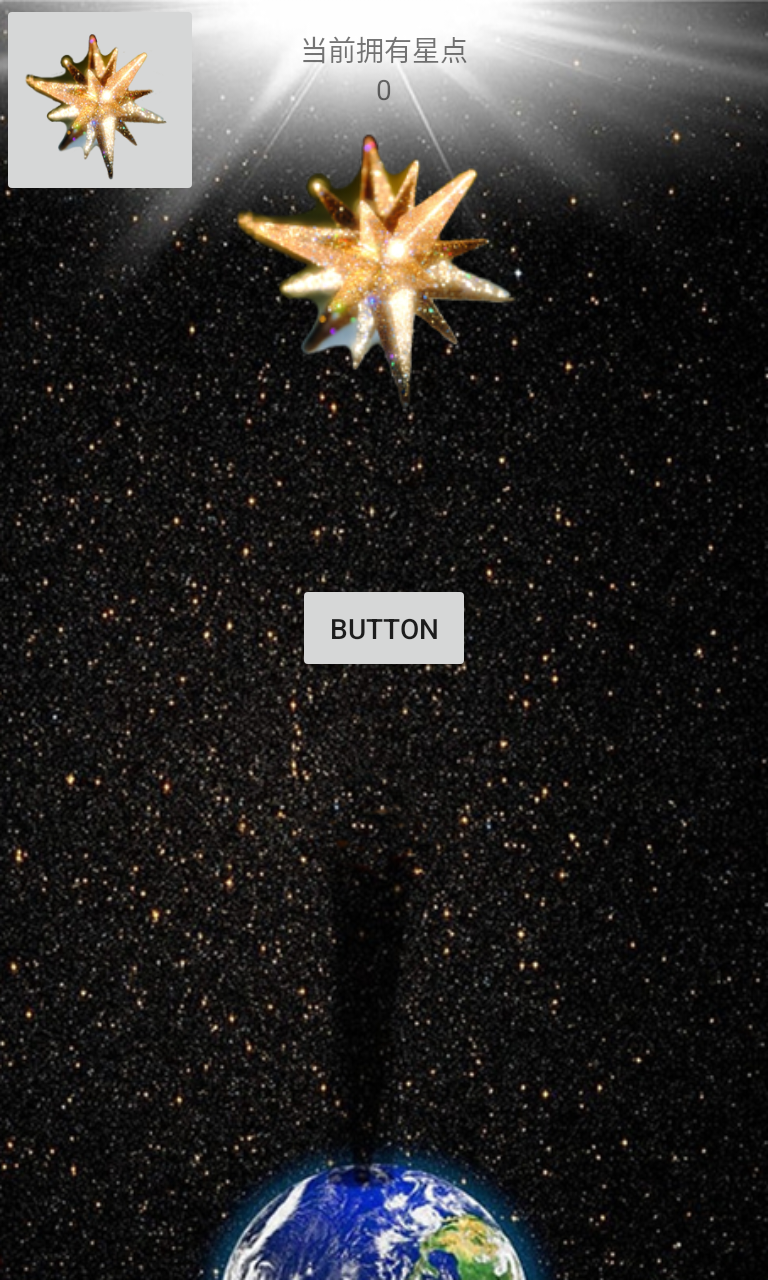
Repository: xianyun2014/StarPoint
Layout: game/res/layout/activity_main.xml
The author's editor kept a copy of each file at every save. The layout is drawn from the files as they stood at one save, then again after the next save.
It is drawn on a 768 x 1280 px phone screen (xhdpi) without system bars, with theme AppTheme; the app's code is not run.

Above is the layout before, as saved 2014-11-16 14:13:00.

### game/res/layout/activity_main.xml
<RelativeLayout xmlns:android="http://schemas.android.com/apk/res/android"
    xmlns:tools="http://schemas.android.com/tools"
    android:layout_width="fill_parent"
    android:layout_height="fill_parent"
    tools:context="${relativePackage}.${activityClass}" >

    <ImageView
        android:id="@+id/imageView1"
        android:layout_width="fill_parent"
        android:layout_height="fill_parent"
        android:layout_alignParentTop="true"
        android:scaleType="fitXY"
        android:src="@drawable/back" />

    <ImageView
        android:id="@+id/imgStar"
        android:layout_width="150dp"
        android:layout_height="150dp"
        android:layout_alignParentTop="true"
        android:layout_centerHorizontal="true"
        android:layout_marginTop="54dp"
        android:scaleType="fitXY"
        android:src="@drawable/star" />

    <Button
        android:id="@+id/button1"
        android:layout_width="wrap_content"
        android:layout_height="wrap_content"
        android:layout_below="@+id/imgStar"
        android:layout_centerHorizontal="true"
        android:layout_marginTop="86dp"
        android:text="Button" />

    <TextView
        android:id="@+id/textView1"
        android:layout_width="wrap_content"
        android:layout_height="wrap_content"
        android:layout_alignParentTop="true"
        android:layout_centerHorizontal="true"
        android:layout_marginTop="14dp"
        android:text="@string/cur_star" />

    <TextView
        android:id="@+id/txtStar"
        android:layout_width="wrap_content"
        android:layout_height="wrap_content"
        android:layout_below="@+id/textView1"
        android:layout_centerHorizontal="true"
        android:text="0" />

    <ImageButton
        android:id="@+id/imageButton1"
        android:layout_width="100dp"
        android:layout_height="100dp"
        android:scaleType="fitXY"
        android:src="@drawable/star" />

</RelativeLayout>

### game/res/values/strings.xml
<?xml version="1.0" encoding="utf-8"?>
<resources xmlns:android="http://schemas.android.com/apk/res/android">

    <string name="app_name">game</string>
    <string name="hello_world">Hello world!</string>
    <string name="cur_star">当前拥有星点</string>

</resources>

Loaded but not shown: game/res/values/styles.xml (common file); game/res/values-v11/styles.xml (common file); game/res/values-v14/styles.xml (common file)

After the next save:
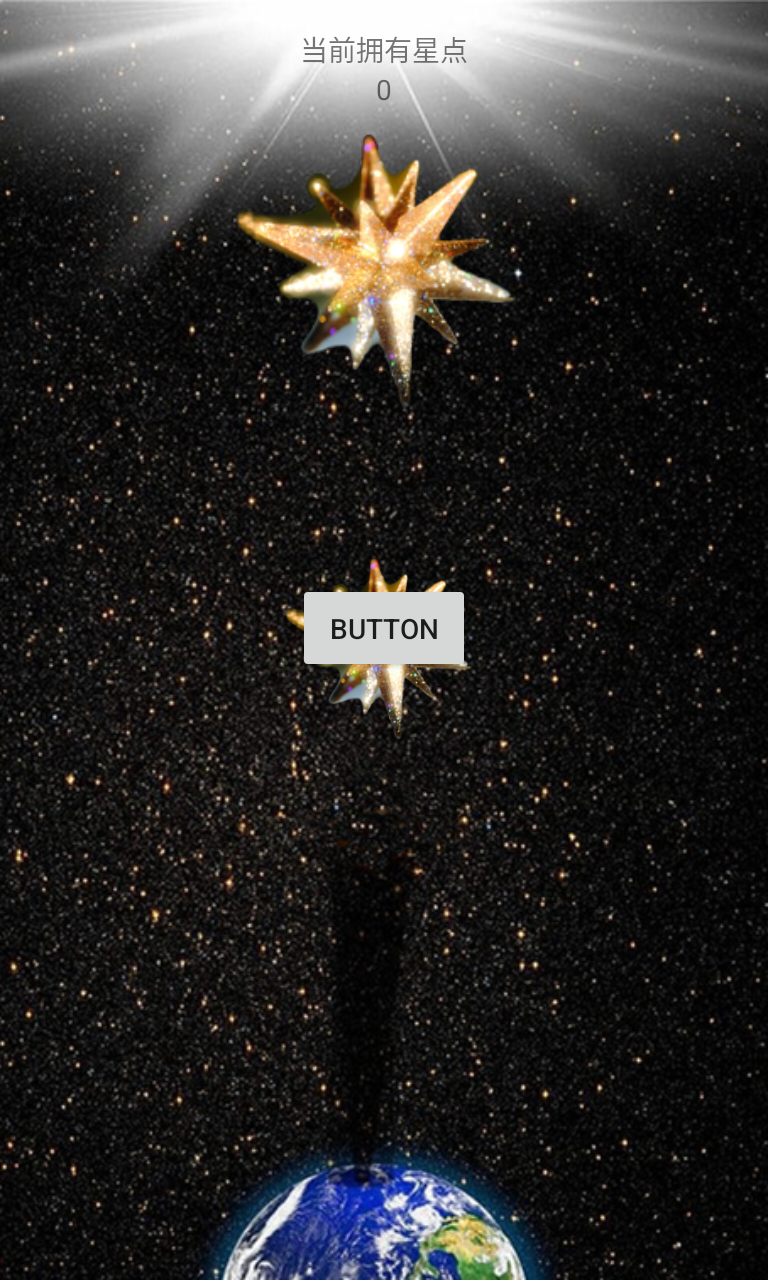
Saved 3 min 14 s later.
--- a/game/res/layout/activity_main.xml
+++ b/game/res/layout/activity_main.xml
@@ -52,6 +52,9 @@
         android:id="@+id/imageButton1"
         android:layout_width="100dp"
         android:layout_height="100dp"
+        android:layout_centerHorizontal="true"
+        android:layout_centerVertical="true"
+        android:background="transparent"
         android:scaleType="fitXY"
         android:src="@drawable/star" />
 
